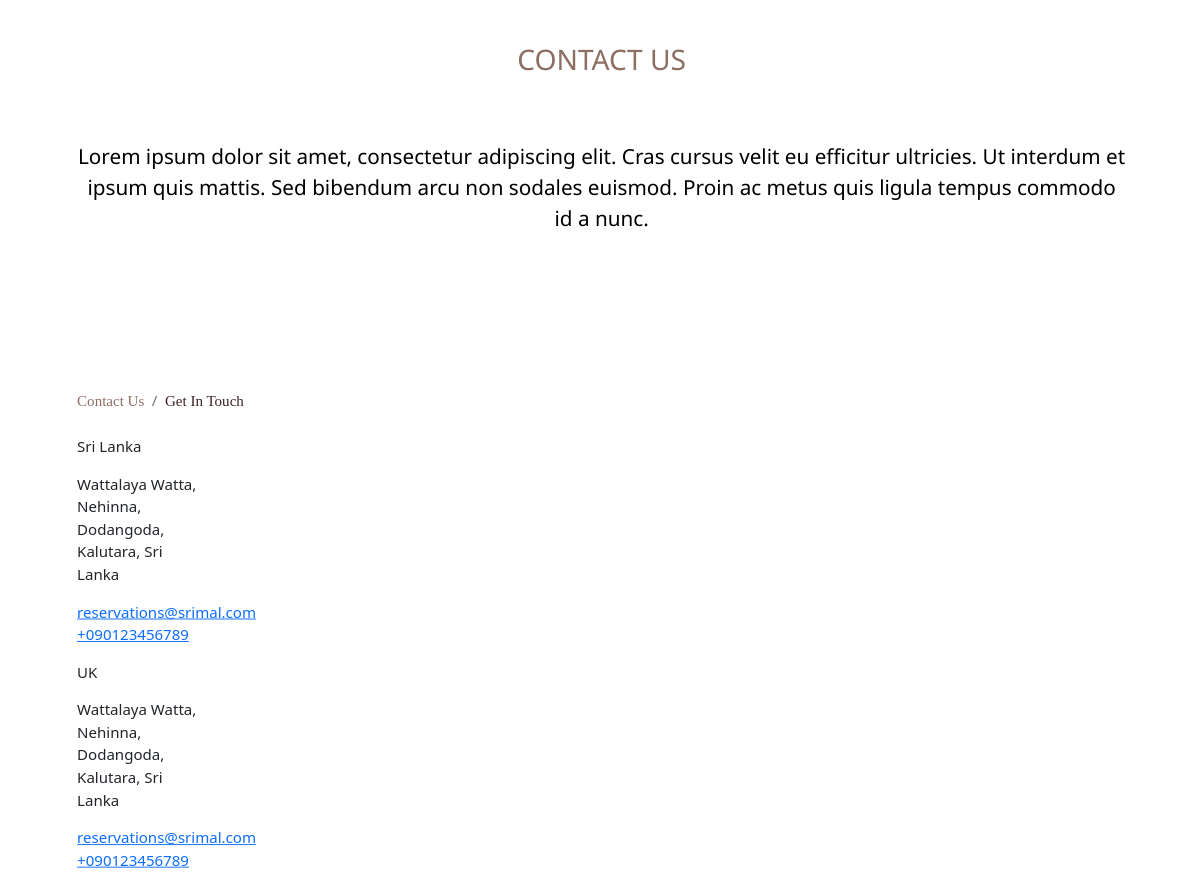
Repository: kaushalyaweerakoon/Plantation-Villa
Page: contact-us.html
The author's editor kept a copy of each file at every save. The page is drawn from the files as they stood at one save, then again after a run of saves.
The browser window is 1280 px wide. The pictures show the whole page, at 94% of full size.
Some web fonts or font styles are not loaded; a fallback is used.

Above is the page before, as saved 2022-08-15 11:02:30.
Not found: assets/js/main.js

### contact-us.html
<!doctype html>
<html lang="en">

<head>
    <meta charset="utf-8">
    <meta name="viewport" content="width=device-width, initial-scale=1">

    <title>Plantation Villa| News Inner</title>

    <!-- Bootstrap css -->
    <link href="https://cdn.jsdelivr.net/npm/bootstrap@5.2.0-beta1/dist/css/bootstrap.min.css" rel="stylesheet"
        integrity="sha384-0evHe/X+R7YkIZDRvuzKMRqM+OrBnVFBL6DOitfPri4tjfHxaWutUpFmBp4vmVor" crossorigin="anonymous">

    <!-- fonts -->
    <link href="http://fonts.cdnfonts.com/css/segoe-ui-4" rel="stylesheet">
    <link rel="preconnect" href="https://fonts.googleapis.com">
    <link rel="preconnect" href="https://fonts.gstatic.com" crossorigin>

    <!-- swiperJS -->
    <link rel="stylesheet" href="https://unpkg.com/swiper@8/swiper-bundle.min.css" />

    <!-- custom css -->
    <link rel="stylesheet" href="asserts/css/main.css">

</head>


    <!-- Section 2-->
    <section class="container mt-md-4 mt-3 mb-5 pb-4">
        <p class="title pt-3">CONTACT US</p>

        <div class="text-center" id="">
            <p class="text">
                Lorem ipsum dolor sit amet, consectetur adipiscing elit. Cras cursus velit eu efficitur ultricies. Ut
                interdum et ipsum quis mattis. Sed bibendum arcu non sodales euismod. Proin ac metus quis ligula tempus
                commodo id a nunc.
            </p>
        </div>
    </section>


        <div class="container">

            <div class="row ">
                <div class="col">
                    <p class="mb-0 lh-1 fw-normal  fs-30-px text-white Lora-ff">Plantation Villa
                    </p>
                </div>
            </div>

            <!-- Breadcrumb -->
            <nav aria-label="" class="mt-5 mb-4 ">
                <ol class="breadcrumb">
                    <li class="breadcrumb-item"><a href="index.html"
                            class="breadcrumb-text fs-13-px text-font-family">Contact
                            Us </a>
                    <li class="breadcrumb-item"><a href="Integer Diam Gravida Fringilla.html" aria-current="page"
                            class="breadcrumb-text active fs-13-px text-font-family">Get In Touch</a>
                    </li>
                </ol>
            </nav>
            <!--/ Breadcrumb -->


            <div class="col-md-6 col-xl-2 pe-xl-5 order-1">
                <div class="row gy-3 gx-4">
                    <div class="col ">
                        <p class="">Sri Lanka</p>
                        <p class="">Wattalaya Watta,
                            Nehinna, Dodangoda,
                            Kalutara, Sri Lanka</p>
                        <ul class="list-unstyled">
                            <li><a class="" href="reservations@srimal.com">reservations@srimal.com</a>
                            </li>
                            <li><a class="" href="tel:++090123456789">+090123456789</a></li>
                        </ul>
                    </div>
                </div>
            </div>


            <div class="col-md-6 col-xl-2 pe-xl-5 order-1">
                <div class="row gy-3 gx-4">
                    <div class="col col-xl-12">
                        <p class="">UK</p>
                        <p class="">Wattalaya Watta,
                            Nehinna, Dodangoda,
                            Kalutara, Sri Lanka</p>
                        <ul class="list-unstyled">
                            <li><a class="" href="reservations@srimal.com">reservations@srimal.com</a>
                            </li>
                            <li><a class="" href="tel:++090123456789">+090123456789</a></li>
                        </ul>
                    </div>
                </div>
            </div>
        </div>




    <!-- bootstrap -->
    <script src="https://cdn.jsdelivr.net/npm/bootstrap@5.2.0-beta1/dist/js/bootstrap.bundle.min.js"
        integrity="sha384-pprn3073KE6tl6bjs2QrFaJGz5/SUsLqktiwsUTF55Jfv3qYSDhgCecCxMW52nD2"
        crossorigin="anonymous"></script>

    <!-- swiperJS -->
    <script src="https://unpkg.com/swiper@8/swiper-bundle.min.js"></script>

    <!-- custom script -->
    <script src="assets/js/main.js"></script>


</body>

</html>

### asserts/css/main.css
/* Call the root */
:root {
  --Lora-font: 'Lora';
  --Segoe-font: 'Segoe UI';

  --font-size-14px: 18px;
  --font-size-20px: 20px;
  --font-size-22px: 22px;
  --font-size-25px: 25px;
  --font-size-30px: 30px;
  --font-size-35px: 35px;
  --font-size-40px: 40px;

  --font-color-8d6e63: #8d6e63;
  --font-color-3e2222: #3e2222;
  --bggreen: #7d824a;
  --co-white: #ffffff;
}

/* Create clases for fronts */
.Lora-ff {
  font-family: var(--Lora-font);
}

.Segoe-ff {
  font-family: var(--Segoe-font);
}

/* Create clases for front sizes*/
.fs-18-px {
  font-size: var(--font-size-18px)
}

.fs-20-px {
  font-size: var(--font-size-20px)
}

.fs-22-px {
  font-size: var(--font-size-22px)
}

.fs-25-px {
  font-size: var(--font-size-22px)
}

.fs-30-px {
  font-size: var(--font-size-30px)
}

.fs-35-px {
  font-size: var(--font-size-35px)
}

.fs-40-px {
  font-size: var(--font-size-40px)
}

/* Color */
.txt-purple {
  color: var(--font-color-8d6e63)
}

.txt-red {
  color: var(--font-color-3e2222)
}

/* news inner */

/* Breadcrumb */
.breadcrumb-text {
  font-family: var(--Lora-font);
  text-decoration: none;
  color: var(--font-color-8d6e63);
  font-weight: normal;
}

.breadcrumb-text.active {
  color: var(--font-color-3e2222);
  text-decoration: none;
  font-weight: normal;
}

.breadcrumb-text:hover {
  font-family: var(--Lora-font);
  font-size: var(--font-size-35px);
  color: var(--font-color-8d6e63);
  text-decoration: none;
}

/* -- */

.newsinner-date {
  color: var(--font-color-8d6e63);
  font-family: var(--Segoe-font);
  font-size: var(--font-size-20px);
}

.newsinner-head {
  color: var(--font-color-3e2222);
  font-family: var(--Lora-font);
  font-size: 45px;
  font-weight: normal;
}

.newsinner-text{
  font-size: var(--font-size-22px);
  font-family: var(--Segoe-font);
}

/* Heading */

.title {
  font-size: var(--font-size-30px);
  font-family: var(--Segoe-font);
  color: var(--font-color-8d6e63);
  text-align: center;
  margin-bottom: clamp(40px, 5vw, 71px);
}
.text{
  font-size: var(--font-size-22px);
  font-family: var(--Segoe-font);
  color: #000;
}

After the next 4 saves:
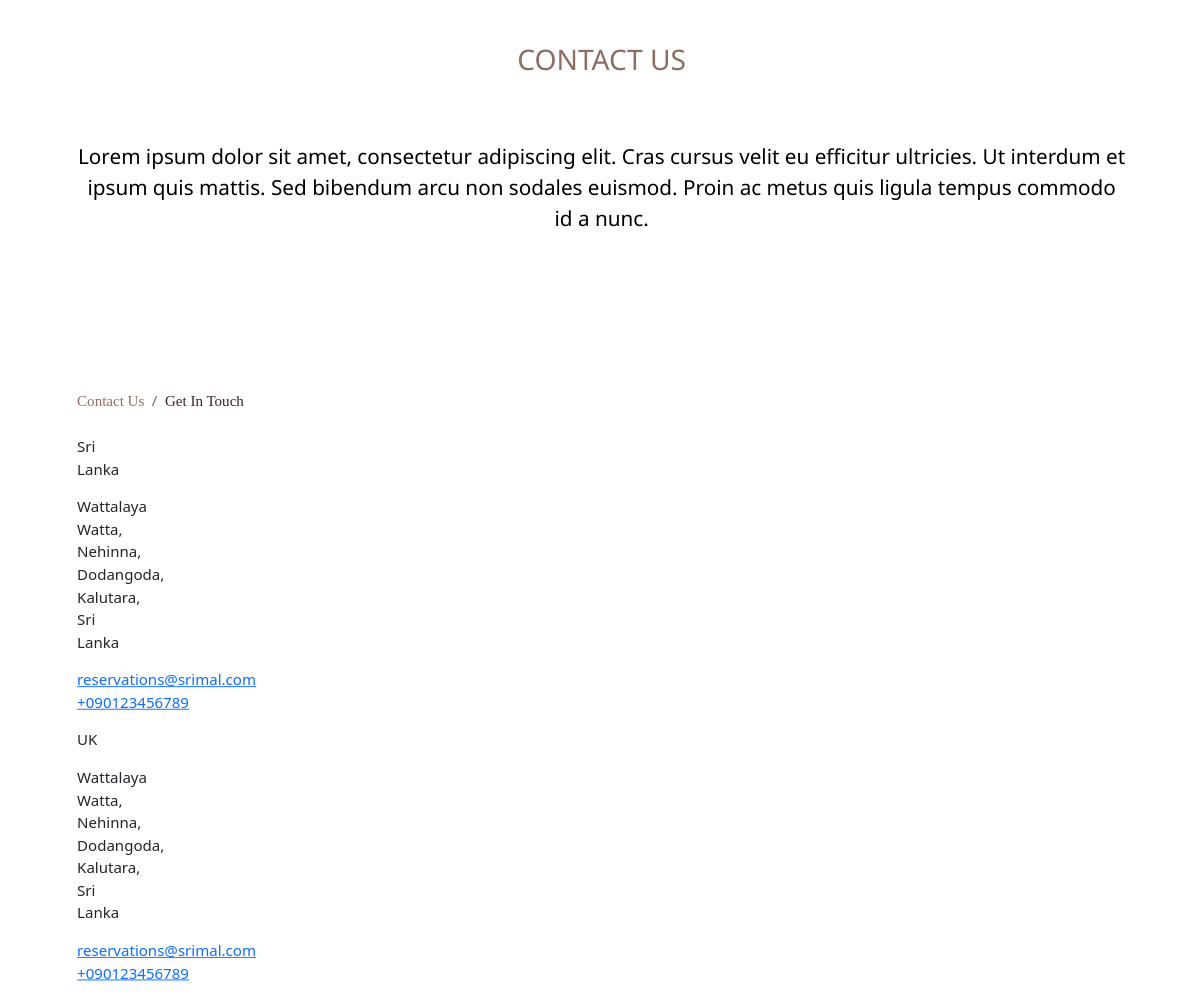
The 4 saves are shown as one change because they came seconds apart.
The last was saved 16 s later.
--- a/contact-us.html
+++ b/contact-us.html
@@ -64,7 +64,7 @@
 
             <div class="col-md-6 col-xl-2 pe-xl-5 order-1">
                 <div class="row gy-3 gx-4">
-                    <div class="col ">
+                    <div class="col-6 ">
                         <p class="">Sri Lanka</p>
                         <p class="">Wattalaya Watta,
                             Nehinna, Dodangoda,
@@ -81,7 +81,7 @@
 
             <div class="col-md-6 col-xl-2 pe-xl-5 order-1">
                 <div class="row gy-3 gx-4">
-                    <div class="col col-xl-12">
+                    <div class="col-6">
                         <p class="">UK</p>
                         <p class="">Wattalaya Watta,
                             Nehinna, Dodangoda,

After the 2 saves that followed:
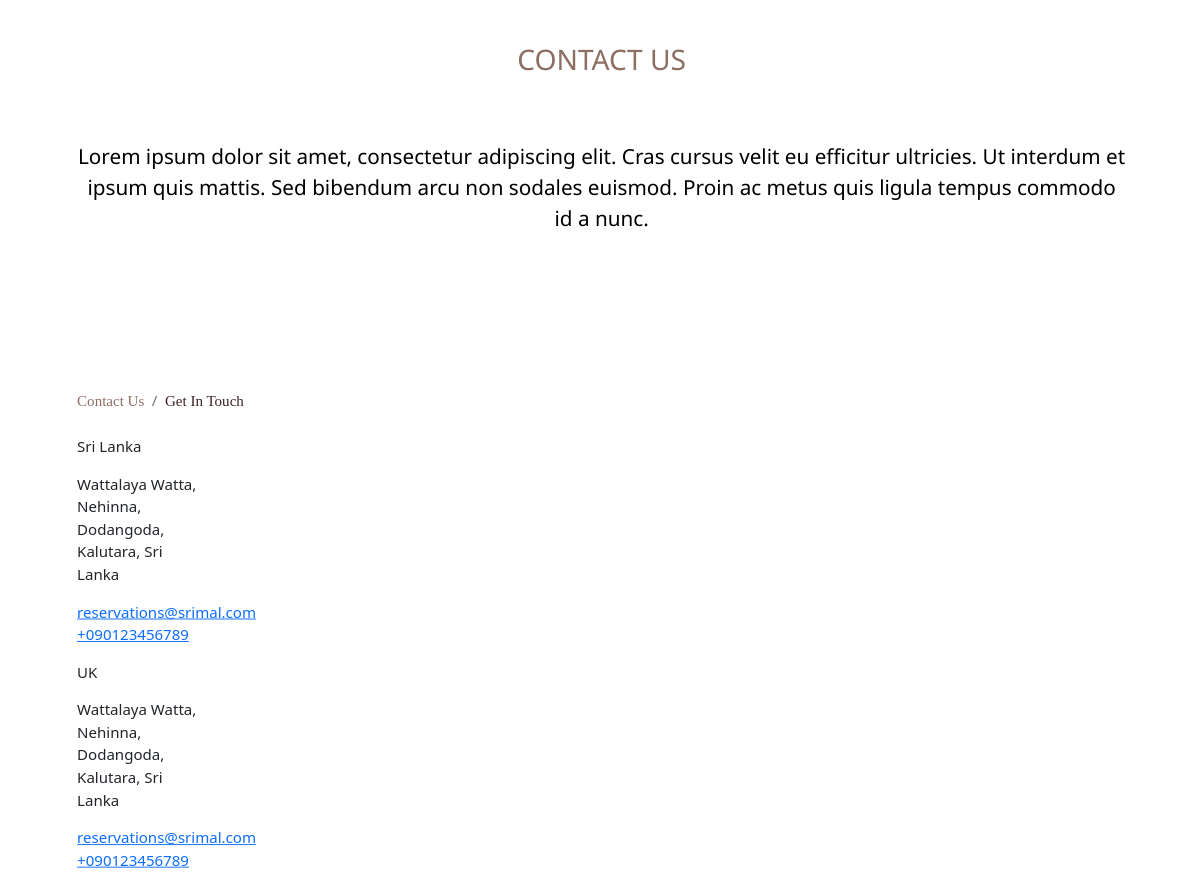
The 2 saves are shown as one change because they came seconds apart.
The last was saved 22 s later.
--- a/contact-us.html
+++ b/contact-us.html
@@ -64,7 +64,7 @@
 
             <div class="col-md-6 col-xl-2 pe-xl-5 order-1">
                 <div class="row gy-3 gx-4">
-                    <div class="col-6 ">
+                    <div class="col col-xl-12">
                         <p class="">Sri Lanka</p>
                         <p class="">Wattalaya Watta,
                             Nehinna, Dodangoda,
@@ -81,7 +81,7 @@
 
             <div class="col-md-6 col-xl-2 pe-xl-5 order-1">
                 <div class="row gy-3 gx-4">
-                    <div class="col-6">
+                    <div class="col col-xl-12">
                         <p class="">UK</p>
                         <p class="">Wattalaya Watta,
                             Nehinna, Dodangoda,
